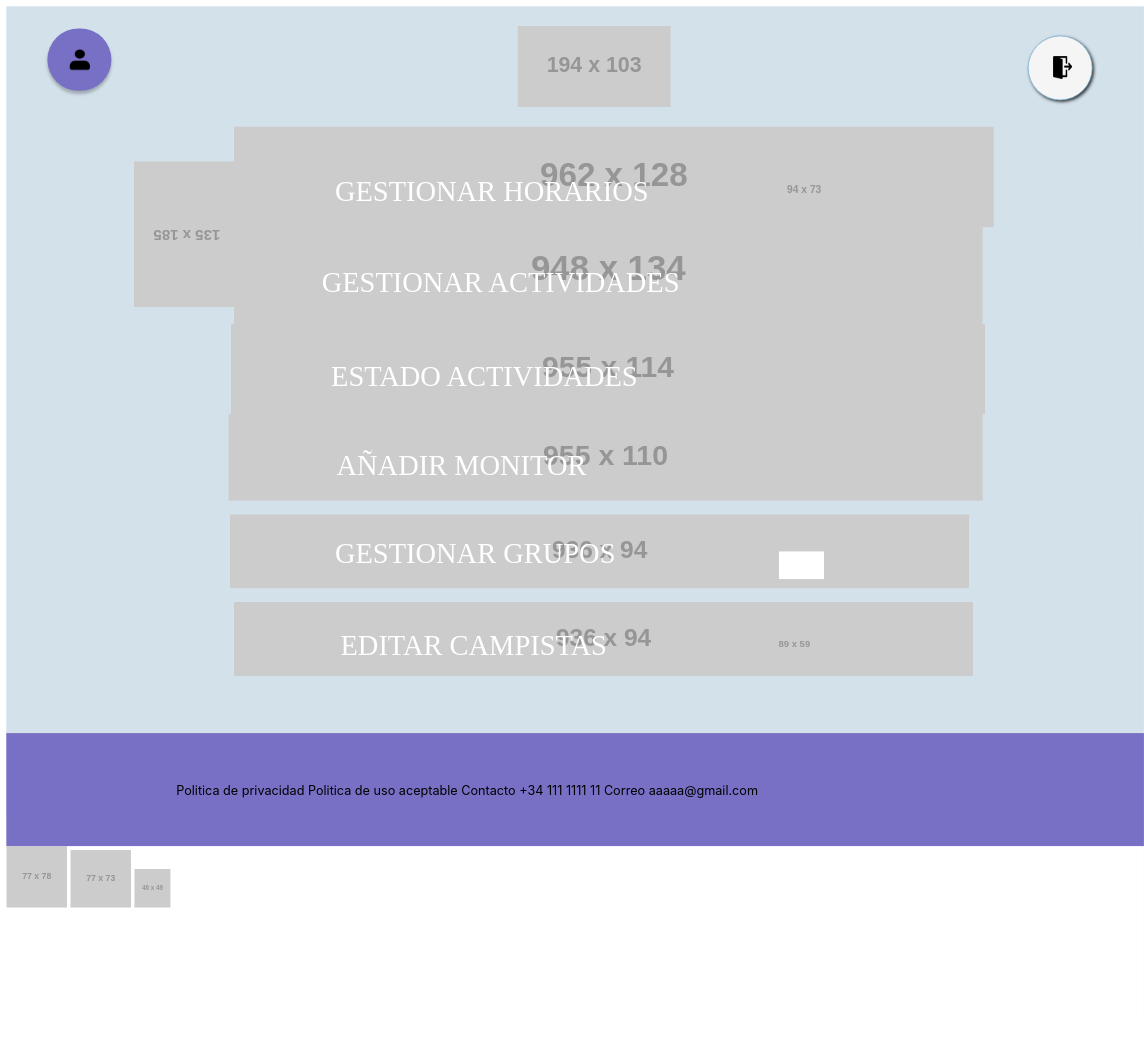
Repository: maariadomiingo/Proyecto-Integrador-Campamento
Page: html/interfaz_coordinador.html
The author's editor kept a copy of each file at every save. The page is drawn from the files as they stood at one save, then again after a run of saves.
The browser window is 1280 px wide. The page is 1448 px wide, so the pictures cover 1448 px, including what lies to the right of the window. The pictures show the whole page, at 79% of full size.

Above is the page before, as saved 2025-01-31 12:08:54.

### html/interfaz_coordinador.html
<!DOCTYPE html>
<html lang="en">
<head>
  <meta charset="UTF-8">
  <meta name="viewport" content="width=device-width, initial-scale=1.0">
  <title>Document</title>
</head>
<body>


<div style="width: 1440px; height: 1063px; position: relative; background: white">
  <div style="width: 1440px; height: 1025px; left: 0px; top: 0px; position: absolute; background: #D3E1EB"></div>
  <div style="width: 81px; height: 79px; left: 52px; top: 28px; position: absolute; background: #7770C5; box-shadow: 0px 4px 4px rgba(0, 0, 0, 0.25); border-radius: 9999px"></div>
  <img style="width: 34px; height: 31px; left: 76px; top: 52px; position: absolute" src="../img/user.png" />
  <div style="width: 80px; height: 80px; left: 1293px; top: 37px; position: absolute; background: #F5F5F5; box-shadow: 2px 2px 4px rgba(0, 0, 0, 0.75); border-radius: 9999px; border: 1px #7AB3D7 solid"></div>
  <img style="width: 24px; height: 29px; left: 1325px; top: 63px; position: absolute" src="../img/cerrar-sesion.png" />
  <div style="width: 1440px; height: 143px; left: 0px; top: 920px; position: absolute; background: #7770C5"></div>
  <div style="width: 1009px; left: 215px; top: 982px; position: absolute; color: black; font-size: 16px; font-family: Inter; font-weight: 400; word-wrap: break-word">Politica de privacidad                 Politica de uso aceptable                 Contacto +34 111 1111 11                  Correo aaaaa@gmail.com</div>
  <div style="width: 407px; height: 125px; left: 187px; top: 300px; position: absolute"></div>
  <img style="width: 936px; height: 94px; left: 288px; top: 754px; position: absolute" src="https://via.placeholder.com/936x94" />
  <img style="width: 936px; height: 94px; left: 283px; top: 643px; position: absolute" src="https://via.placeholder.com/936x94" />
  <div style="width: 955px; height: 110px; left: 281px; top: 516px; position: absolute">
    <img style="width: 955px; height: 110px; left: 0px; top: 0px; position: absolute" src="https://via.placeholder.com/955x110" />
    <div style="width: 455px; height: 17.65px; left: 137px; top: 44px; position: absolute; color: white; font-size: 36px; font-family: Montserrat; font-weight: 500; word-wrap: break-word">AÑADIR MONITOR</div>
  </div>
  <div style="width: 955px; height: 114px; left: 284px; top: 402px; position: absolute">
    <img style="width: 955px; height: 114px; left: 0px; top: 0px; position: absolute" src="https://via.placeholder.com/955x114" />
    <div style="width: 533px; height: 18.30px; left: 127px; top: 46.41px; position: absolute; color: white; font-size: 36px; font-family: Montserrat; font-weight: 500; word-wrap: break-word">ESTADO ACTIVIDADES</div>
  </div>
  <div style="width: 948px; height: 134px; left: 288px; top: 268px; position: absolute">
    <img style="width: 948px; height: 134px; left: 0px; top: 0px; position: absolute" src="https://via.placeholder.com/948x134" />
    <div style="width: 566.81px; height: 21.51px; left: 111.19px; top: 61.17px; position: absolute; color: white; font-size: 36px; font-family: Montserrat; font-weight: 500; word-wrap: break-word">GESTIONAR ACTIVIDADES</div>
  </div>
  <img style="width: 135px; height: 185px; left: 296px; top: 381px; position: absolute; transform: rotate(180deg); transform-origin: 0 0" src="https://via.placeholder.com/135x185" />
  <div style="width: 651px; height: 863px; left: 670px; top: 463px; position: absolute"></div>
  <div style="width: 962px; height: 128px; left: 288px; top: 152px; position: absolute">
    <img style="width: 962px; height: 128px; left: 0px; top: 0px; position: absolute" src="https://via.placeholder.com/962x128" />
    <div style="width: 584.25px; height: 20.54px; left: 127.93px; top: 60.84px; position: absolute; color: white; font-size: 36px; font-family: Montserrat; font-weight: 500; word-wrap: break-word">GESTIONAR HORARIOS</div>
    <img style="width: 93.68px; height: 73.48px; left: 674.91px; top: 44.25px; position: absolute" src="https://via.placeholder.com/94x73" />
  </div>
  <img style="width: 194px; height: 103px; left: 647px; top: 25px; position: absolute" src="https://via.placeholder.com/194x103" />
  <img style="width: 89px; height: 59px; left: 953px; top: 778px; position: absolute" src="https://via.placeholder.com/89x59" />
  <div style="width: 100px; height: 100px; left: 646px; top: 210px; position: absolute"></div>
  <div style="width: 455px; height: 60px; left: 423px; top: 788px; position: absolute; color: white; font-size: 36px; font-family: Montserrat; font-weight: 500; word-wrap: break-word">EDITAR CAMPISTAS</div>
  <div style="width: 455px; height: 17.65px; left: 416px; top: 672px; position: absolute; color: white; font-size: 36px; font-family: Montserrat; font-weight: 500; word-wrap: break-word">GESTIONAR GRUPOS</div>
  <div style="width: 69px; height: 70px; padding-left: 5.75px; padding-right: 5.75px; padding-top: 17.50px; padding-bottom: 17.50px; left: 966px; top: 655px; position: absolute; flex-direction: column; justify-content: center; align-items: center; display: inline-flex">
    <div style="width: 57.50px; height: 35px; background: white"></div>
  </div>
</div>
<img style="width: 77px; height: 78px" src="https://via.placeholder.com/77x78" />
<img style="width: 77px; height: 73px" src="https://via.placeholder.com/77x73" />
<img style="width: 46px; height: 49px" src="https://via.placeholder.com/46x49" />
</body>
</html>

After the next 4 saves:
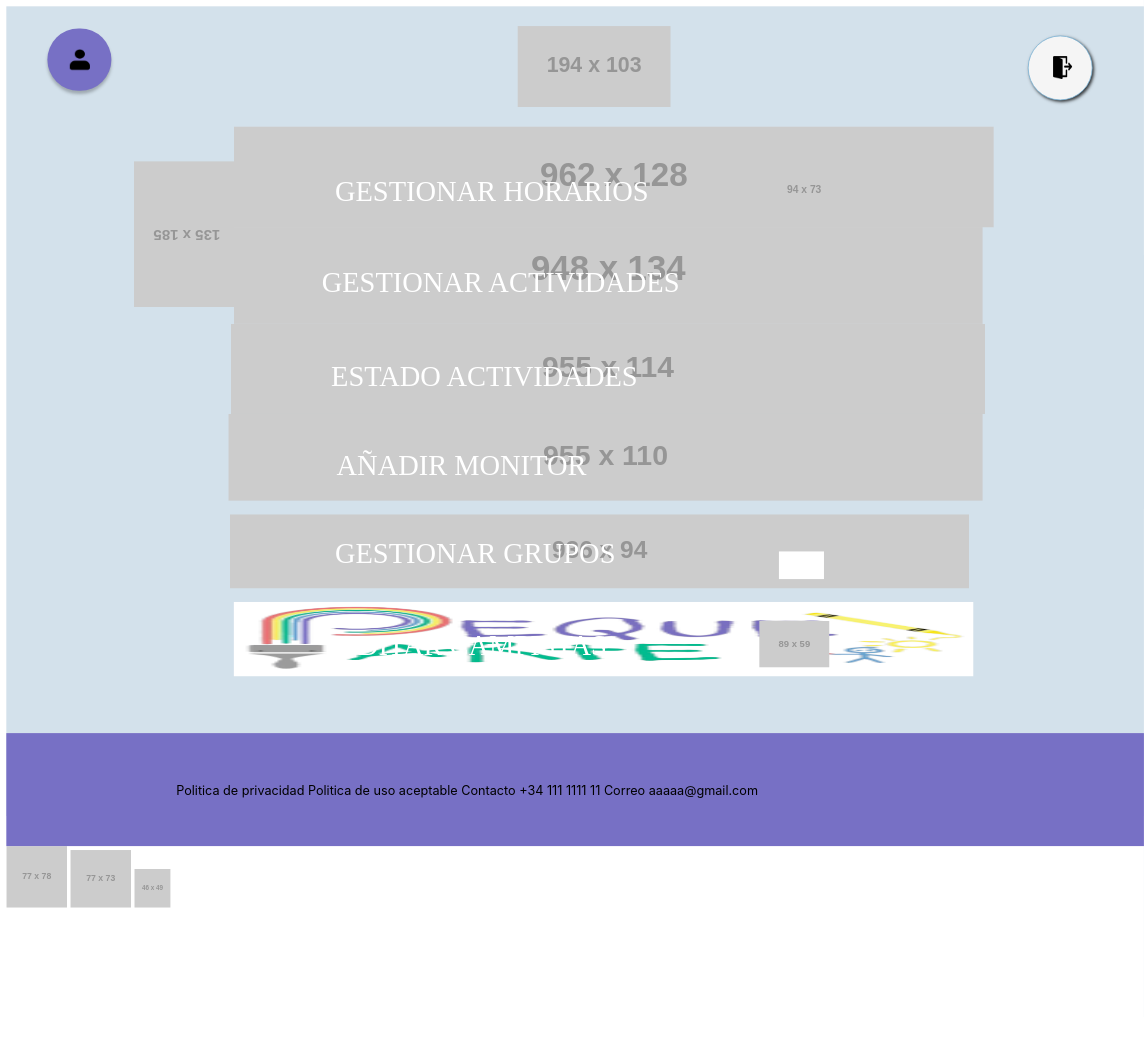
The 4 saves are shown as one change because they came seconds apart.
The last was saved 3 min 25 s later.
--- a/html/interfaz_coordinador.html
+++ b/html/interfaz_coordinador.html
@@ -17,7 +17,7 @@
   <div style="width: 1440px; height: 143px; left: 0px; top: 920px; position: absolute; background: #7770C5"></div>
   <div style="width: 1009px; left: 215px; top: 982px; position: absolute; color: black; font-size: 16px; font-family: Inter; font-weight: 400; word-wrap: break-word">Politica de privacidad                 Politica de uso aceptable                 Contacto +34 111 1111 11                  Correo aaaaa@gmail.com</div>
   <div style="width: 407px; height: 125px; left: 187px; top: 300px; position: absolute"></div>
-  <img style="width: 936px; height: 94px; left: 288px; top: 754px; position: absolute" src="https://via.placeholder.com/936x94" />
+  <img style="width: 936px; height: 94px; left: 288px; top: 754px; position: absolute" src="../img/logo.png" />
   <img style="width: 936px; height: 94px; left: 283px; top: 643px; position: absolute" src="https://via.placeholder.com/936x94" />
   <div style="width: 955px; height: 110px; left: 281px; top: 516px; position: absolute">
     <img style="width: 955px; height: 110px; left: 0px; top: 0px; position: absolute" src="https://via.placeholder.com/955x110" />
